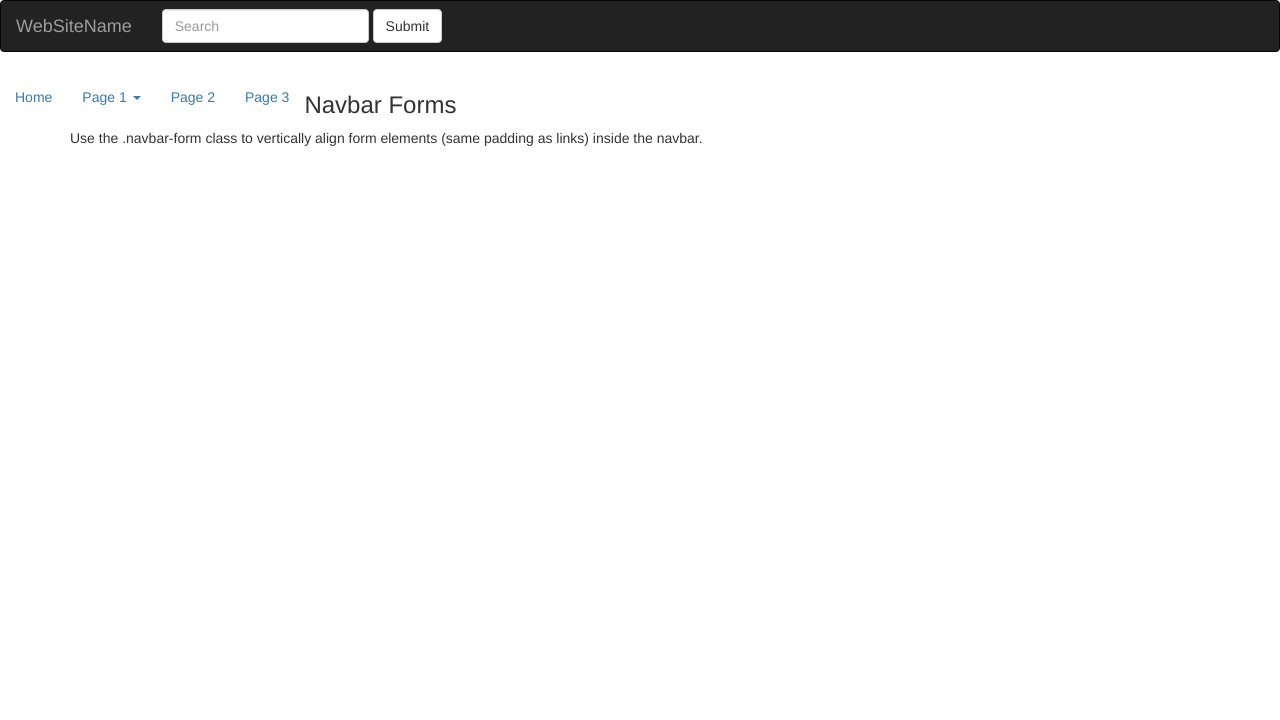
Repository: ganz-95/Denuvo-final
Page: http://localhost/restaurant/
The author's editor kept a copy of each file at every save. The page is drawn from the files as they stood at one save, then again after the next save.
The browser window is 1280 px wide. The pictures show the whole page.
Some web libraries are served in a nearby version. The page is served by Tomcat 9.

Above is the page before, as saved 2017-01-23 16:29:42.

### workspace/restaurant/src/main/webapp/index.jsp
<!DOCTYPE html>
<html lang="en">
<head>
  <title>Bootstrap Example</title>
  <meta charset="utf-8">
  <meta name="viewport" content="width=device-width, initial-scale=1">
  <link rel="stylesheet" href="https://maxcdn.bootstrapcdn.com/bootstrap/3.3.7/css/bootstrap.min.css">
  <script src="https://ajax.googleapis.com/ajax/libs/jquery/3.1.1/jquery.min.js"></script>
  <script src="https://maxcdn.bootstrapcdn.com/bootstrap/3.3.7/js/bootstrap.min.js"></script>
</head>
<body>

<nav class="navbar navbar-inverse">
  <div class="container-fluid">
    <div class="navbar-header">
      <a class="navbar-brand" href="#">WebSiteName</a>
    </div>

    <form class="navbar-form navbar-left">
      <div class="form-group">
        <input type="text" class="form-control" placeholder="Search">
      </div>
      <button type="submit" class="btn btn-default">Submit</button>
    </form>
  </div>
</nav>
<ul class="nav navbar-nav">
      <li class="active"><a href="#">Home</a></li>
      <li class="dropdown"><a class="dropdown-toggle" data-toggle="dropdown" href="#">Page 1 <span class="caret"></span></a>
        <ul class="dropdown-menu">
          <li><a href="#">Page 1-1</a></li>
          <li><a href="#">Page 1-2</a></li>
          <li><a href="#">Page 1-3</a></li>
        </ul>
      </li>
      <li><a href="#">Page 2</a></li>
      <li><a href="#">Page 3</a></li>
    </ul>
  </div>
</nav>


<div class="container">
  <h3>Navbar Forms</h3>
  <p>Use the .navbar-form class to vertically align form elements (same padding as links) inside the navbar.</p>
</div>

</body>
</html>

After the next save:
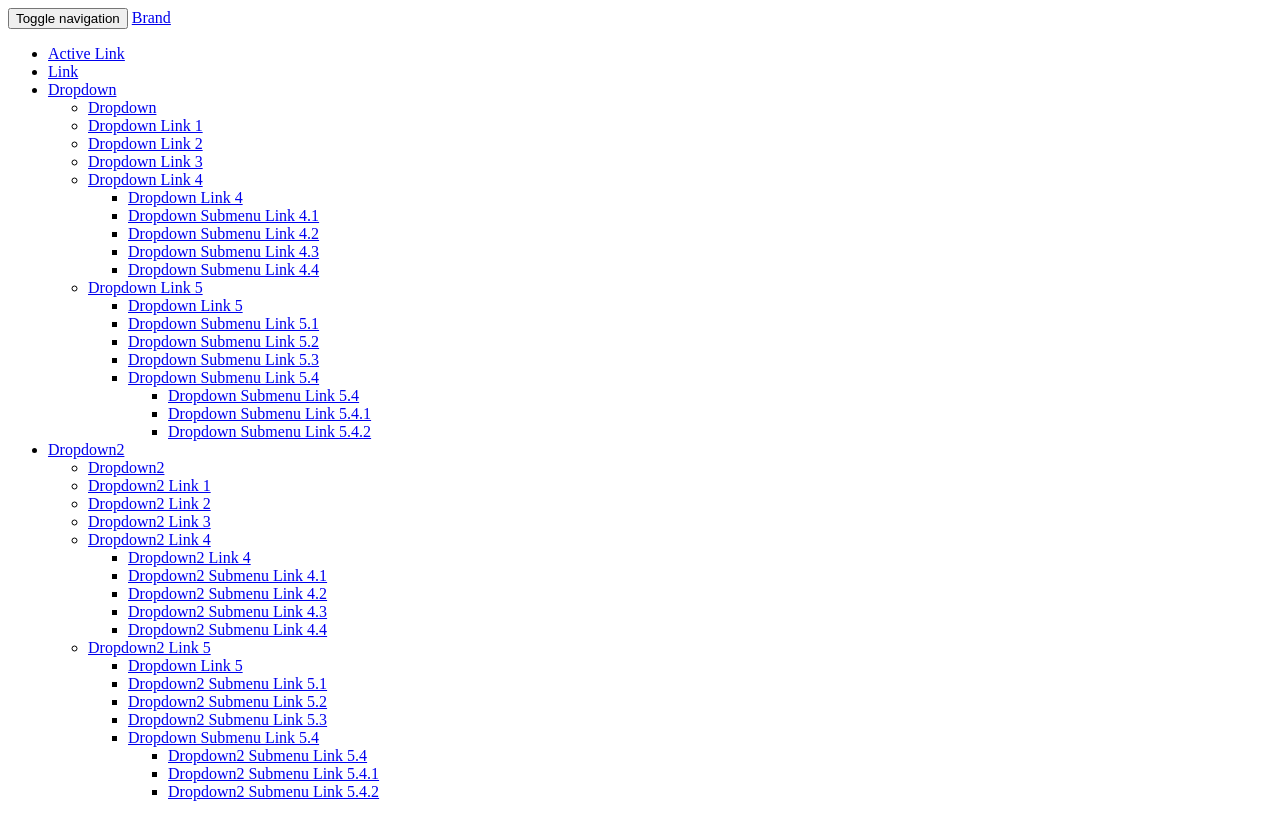
Saved 5 min 25 s later.
--- a/workspace/restaurant/src/main/webapp/index.jsp
+++ b/workspace/restaurant/src/main/webapp/index.jsp
@@ -1,49 +1,94 @@
-<!DOCTYPE html>
-<html lang="en">
-<head>
-  <title>Bootstrap Example</title>
-  <meta charset="utf-8">
-  <meta name="viewport" content="width=device-width, initial-scale=1">
-  <link rel="stylesheet" href="https://maxcdn.bootstrapcdn.com/bootstrap/3.3.7/css/bootstrap.min.css">
-  <script src="https://ajax.googleapis.com/ajax/libs/jquery/3.1.1/jquery.min.js"></script>
-  <script src="https://maxcdn.bootstrapcdn.com/bootstrap/3.3.7/js/bootstrap.min.js"></script>
-</head>
-<body>
-
-<nav class="navbar navbar-inverse">
-  <div class="container-fluid">
+<html>
+<div id="navbar">
+  <nav class="navbar navbar-default navbar-static-top" role="navigation">
     <div class="navbar-header">
-      <a class="navbar-brand" href="#">WebSiteName</a>
+      <button type="button" class="navbar-toggle" data-toggle="collapse" data-target="#navbar-collapse-1">
+      <span class="sr-only">Toggle navigation</span>
+      <span class="icon-bar"></span>
+      <span class="icon-bar"></span>
+      <span class="icon-bar"></span>
+      </button>
+      <a class="navbar-brand" href="#">Brand</a>
     </div>
-
-    <form class="navbar-form navbar-left">
-      <div class="form-group">
-        <input type="text" class="form-control" placeholder="Search">
-      </div>
-      <button type="submit" class="btn btn-default">Submit</button>
-    </form>
-  </div>
-</nav>
-<ul class="nav navbar-nav">
-      <li class="active"><a href="#">Home</a></li>
-      <li class="dropdown"><a class="dropdown-toggle" data-toggle="dropdown" href="#">Page 1 <span class="caret"></span></a>
-        <ul class="dropdown-menu">
-          <li><a href="#">Page 1-1</a></li>
-          <li><a href="#">Page 1-2</a></li>
-          <li><a href="#">Page 1-3</a></li>
-        </ul>
-      </li>
-      <li><a href="#">Page 2</a></li>
-      <li><a href="#">Page 3</a></li>
-    </ul>
-  </div>
-</nav>
-
-
-<div class="container">
-  <h3>Navbar Forms</h3>
-  <p>Use the .navbar-form class to vertically align form elements (same padding as links) inside the navbar.</p>
+    <div class="collapse navbar-collapse" id="navbar-collapse-1">
+      <ul class="nav navbar-nav">
+        <li class="active"><a href="#">Active Link</a></li>
+        <li><a href="#">Link</a></li>
+        <li class="dropdown">
+          <a href="#" class="dropdown-toggle" data-toggle="dropdown">Dropdown <b class="caret"></b></a>
+          <ul class="dropdown-menu">
+            <li class="kopie"><a href="#">Dropdown</a></li>
+            <li><a href="#">Dropdown Link 1</a></li>
+            <li class="active"><a href="#">Dropdown Link 2</a></li>
+            <li><a href="#">Dropdown Link 3</a></li>
+            <li class="dropdown dropdown-submenu">
+              <a href="#" class="dropdown-toggle" data-toggle="dropdown">Dropdown Link 4</a>
+              <ul class="dropdown-menu">
+                <li class="kopie"><a href="#">Dropdown Link 4</a></li>
+                <li><a href="#">Dropdown Submenu Link 4.1</a></li>
+                <li><a href="#">Dropdown Submenu Link 4.2</a></li>
+                <li><a href="#">Dropdown Submenu Link 4.3</a></li>
+                <li><a href="#">Dropdown Submenu Link 4.4</a></li>
+              </ul>
+            </li>
+            <li class="dropdown dropdown-submenu">
+              <a href="#" class="dropdown-toggle" data-toggle="dropdown">Dropdown Link 5</a>
+              <ul class="dropdown-menu">
+                <li class="kopie"><a href="#">Dropdown Link 5</a></li>
+                <li><a href="#">Dropdown Submenu Link 5.1</a></li>
+                <li><a href="#">Dropdown Submenu Link 5.2</a></li>
+                <li><a href="#">Dropdown Submenu Link 5.3</a></li>
+                <li class="dropdown dropdown-submenu">
+                  <a href="#" class="dropdown-toggle" data-toggle="dropdown">Dropdown Submenu Link 5.4</a>
+                  <ul class="dropdown-menu">
+                    <li class="kopie"><a href="#">Dropdown Submenu Link 5.4</a></li>
+                    <li><a href="#">Dropdown Submenu Link 5.4.1</a></li>
+                    <li><a href="#">Dropdown Submenu Link 5.4.2</a></li>
+                  </ul>
+                </li>
+              </ul>
+            </li>
+          </ul>
+        </li>
+        <li class="dropdown">
+          <a href="#" class="dropdown-toggle" data-toggle="dropdown">Dropdown2 <b class="caret"></b></a>
+          <ul class="dropdown-menu">
+            <li class="kopie"><a href="#">Dropdown2</a></li>
+            <li><a href="#">Dropdown2 Link 1</a></li>
+            <li><a href="#">Dropdown2 Link 2</a></li>
+            <li><a href="#">Dropdown2 Link 3</a></li>
+            <li class="dropdown dropdown-submenu">
+              <a href="#" class="dropdown-toggle" data-toggle="dropdown">Dropdown2 Link 4</a>
+              <ul class="dropdown-menu">
+                <li class="kopie"><a href="#">Dropdown2 Link 4</a></li>
+                <li><a href="#">Dropdown2 Submenu Link 4.1</a></li>
+                <li><a href="#">Dropdown2 Submenu Link 4.2</a></li>
+                <li><a href="#">Dropdown2 Submenu Link 4.3</a></li>
+                <li><a href="#">Dropdown2 Submenu Link 4.4</a></li>
+              </ul>
+            </li>
+            <li class="dropdown dropdown-submenu">
+              <a href="#" class="dropdown-toggle" data-toggle="dropdown">Dropdown2 Link 5</a>
+              <ul class="dropdown-menu">
+                <li class="kopie"><a href="#">Dropdown Link 5</a></li>
+                <li><a href="#">Dropdown2 Submenu Link 5.1</a></li>
+                <li><a href="#">Dropdown2 Submenu Link 5.2</a></li>
+                <li><a href="#">Dropdown2 Submenu Link 5.3</a></li>
+                <li class="dropdown dropdown-submenu">
+                  <a href="#" class="dropdown-toggle" data-toggle="dropdown">Dropdown Submenu Link 5.4</a>
+                  <ul class="dropdown-menu">
+                    <li class="kopie"><a href="#">Dropdown2 Submenu Link 5.4</a></li>
+                    <li><a href="#">Dropdown2 Submenu Link 5.4.1</a></li>
+                    <li><a href="#">Dropdown2 Submenu Link 5.4.2</a></li>
+                  </ul>
+                </li>
+              </ul>
+            </li>
+          </ul>
+        </li>
+      </ul>
+    </div>
+    <!-- /.navbar-collapse -->
+  </nav>
 </div>
-
-</body>
 </html>
